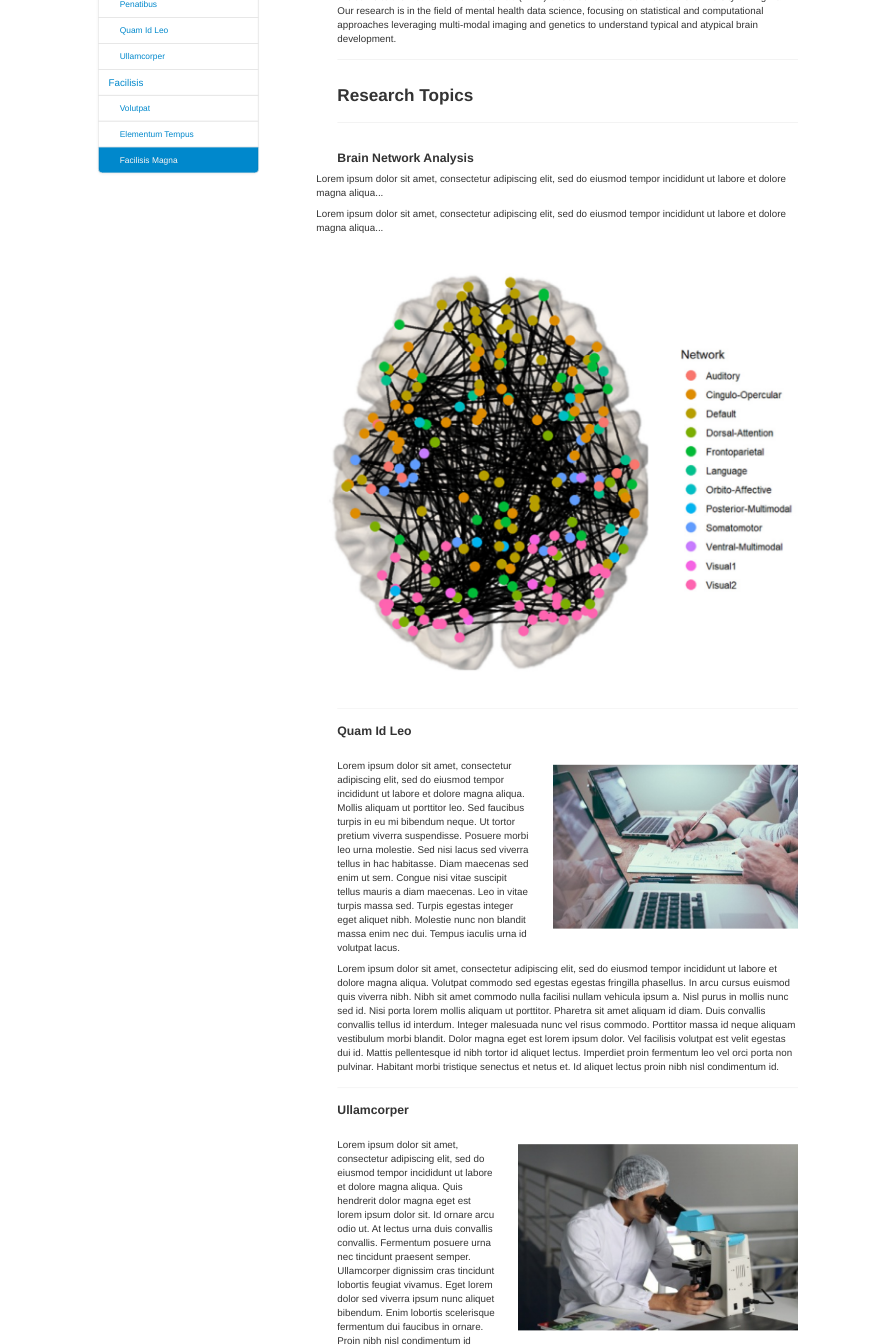
Repository: nbillab/nbillab.io
Page: research.html
These files come from the project's save history. The page is drawn as it stood at one moment and after the next save; the edit follows.
The browser window is 1280 px wide. The pictures show the part of the page from y = 371 to 2291 px (the page is 4601 px tall before and 4137 px after), at 70% of full size.

Above is the page before, as saved 2025-08-17 19:49:07.

### research.html
<!DOCTYPE html>
<html lang="en">
   <head>
      <meta charset="utf-8">
      <title>Research</title>
      <meta name="viewport" content="width=device-width, initial-scale=1.0">
      <meta name="description" content="Research Lab, Home, Velit Aliquet Sagittis University">
      <meta name="author" content="">
      <!-- Le styles -->
      <link href="css/bootstrap.min.css" rel="stylesheet">
      <link href="css/bootstrap-responsive.min.css" rel="stylesheet">
      <link href="css/theme.css" rel="stylesheet">
   </head>
   <body>
      <div class="container">
         <header class="jumbotron subhead" id="overview">
            <p class="lead"> School of Data Science, University of Virginia </p>
            <h1>NeuroBioInformatics Lab</h1>
         </header>
         <div class="masthead">
            <div class="navbar">
               <div class="navbar-inner">
                  <div class="container">
                     <ul class="nav">
                        <li><a href="index.html">Home</a></li>
                        <li><a href="people.html">People</a></li>
                        <li class="active"><a href="#">Research</a></li>
                        <li><a href="publications.html">Publications</a></li>
                        <li><a href="gallery.html">Gallery</a></li>
                        <li><a href="news.html">News</a></li>
                        <li><a href="contact.html">Contact</a></li>
                     </ul>
                  </div>
               </div>
            </div>
         </div>
         <hr>
         <div class="row-fluid">
            <div class="span3 bs-docs-sidebar" id="navparent">
               <ul class="nav nav-list bs-docs-sidenav" data-spy="affix" data-offset-top="200" data-offset-bottom="260">
                  <li><a href="#statemet"> Research Description </a></li>
                  <li><a href="#nano"> Enim Raesent Elementum </a></li>
                  <li><a class="subhead" href="#Penatibus"> Penatibus </a></li>
                  <li><a class="subhead" href="#QuamIdLeo"> Quam Id Leo  </a></li>
                  <li><a class="subhead" href="#Ullamcorper"> Ullamcorper </a></li>
                  <li><a href="#Facilisis">Facilisis</a></li>
                  <li><a class="subhead" href="#Volutpat"> Volutpat </a></li>
                  <li><a class="subhead" href="#ElementumTempus"> Elementum Tempus </a></li>
                  <li><a class="subhead" href="#FacilisisMagna"> Facilisis Magna </a></li>
               </ul>
            </div>
            <div class="span8 offset1">
               <section id="statemet">
                  <div class="page-header">
                     <h3>Research Description</h3>
                     <hr>
                     <p>Welcome to the NeuroBioInformatics Lab (NBIL) of School of Data Science at the University of Virginia.
                        Our research is in the field of mental health data science, focusing on statistical and computational approaches leveraging multi-modal imaging and genetics to understand typical and atypical brain development.
                     </p>
                  </div>
               </section>
               <section id="nano">
                  <div class="page-header">
                     <h3>Research Topics</h3>
                  </div>
                  <div class="row-fluid">
                     <div class="span12">
                     <section id="Penatibus">
                     <h4>Brain Network Analysis</h4>
                     <div class="row">
                        <div class="col-md-8">
                           <p>
                           Lorem ipsum dolor sit amet, consectetur adipiscing elit, sed do eiusmod
                           tempor incididunt ut labore et dolore magna aliqua...
                           </p>
                           <p>
                           Lorem ipsum dolor sit amet, consectetur adipiscing elit, sed do eiusmod
                           tempor incididunt ut labore et dolore magna aliqua...
                           </p>
                        </div>
                        <div class="col-md-4 text-center">
                           <img src="images/brain_conn.png" alt="Penatibus" class="img-fluid">
                        </div>
                     </div>
                     </section>
                        <hr>
                        <section id="QuamIdLeo">
                           <h4>Quam Id Leo</h4>
                           <br/>
                           <img src="images/brainstorming-paper.jpg" class="float-right" alt="Quam Id Leo"/>
                           <p>
                              Lorem ipsum dolor sit amet, consectetur adipiscing elit, sed do eiusmod
                              tempor incididunt ut labore et dolore magna aliqua. Mollis aliquam ut
                              porttitor leo. Sed faucibus turpis in eu mi bibendum neque. Ut tortor
                              pretium viverra suspendisse. Posuere morbi leo urna molestie. Sed nisi
                              lacus sed viverra tellus in hac habitasse. Diam maecenas sed enim ut sem.
                              Congue nisi vitae suscipit tellus mauris a diam maecenas. Leo in vitae
                              turpis massa sed. Turpis egestas integer eget aliquet nibh. Molestie
                              nunc non blandit massa enim nec dui. Tempus iaculis urna id volutpat lacus.
                           </p>
                           <p>
                              Lorem ipsum dolor sit amet, consectetur adipiscing elit, sed do eiusmod
                              tempor incididunt ut labore et dolore magna aliqua. Volutpat commodo sed
                              egestas egestas fringilla phasellus. In arcu cursus euismod quis viverra
                              nibh. Nibh sit amet commodo nulla facilisi nullam vehicula ipsum a. Nisl
                              purus in mollis nunc sed id. Nisi porta lorem mollis aliquam ut porttitor.
                              Pharetra sit amet aliquam id diam. Duis convallis convallis tellus id
                              interdum. Integer malesuada nunc vel risus commodo. Porttitor massa id
                              neque aliquam vestibulum morbi blandit. Dolor magna eget est lorem ipsum
                              dolor. Vel facilisis volutpat est velit egestas dui id. Mattis pellentesque
                              id nibh tortor id aliquet lectus. Imperdiet proin fermentum leo vel orci
                              porta non pulvinar. Habitant morbi tristique senectus et netus et. Id aliquet
                              lectus proin nibh nisl condimentum id.
                           </p>
                        </section>
                        <hr>
                        <section id="Ullamcorper">
                           <h4>Ullamcorper</h4>
                           <br/>
                           <img src="images/man-with-microscope.jpg" class="float-right" alt="Ullamcorper"/>
                           <p>
                              Lorem ipsum dolor sit amet, consectetur adipiscing elit, sed do
                              eiusmod tempor incididunt ut labore et dolore magna aliqua. Quis
                              hendrerit dolor magna eget est lorem ipsum dolor sit. Id ornare
                              arcu odio ut. At lectus urna duis convallis convallis. Fermentum
                              posuere urna nec tincidunt praesent semper. Ullamcorper dignissim
                              cras tincidunt lobortis feugiat vivamus. Eget lorem dolor sed
                              viverra ipsum nunc aliquet bibendum. Enim lobortis scelerisque
                              fermentum dui faucibus in ornare. Proin nibh nisl condimentum id
                              venenatis a. Ipsum dolor sit amet consectetur adipiscing elit
                              pellentesque.
                           </p>
                           <p>
                              Lorem ipsum dolor sit amet, consectetur adipiscing elit, sed
                              do eiusmod tempor incididunt ut labore et dolore magna aliqua.
                              Sit amet mauris commodo quis. Nisl rhoncus mattis rhoncus urna
                              neque viverra justo. Ut tortor pretium viverra suspendisse. Eu
                              scelerisque felis imperdiet proin fermentum leo vel. Nunc sed
                              velit dignissim sodales ut. Elit pellentesque habitant morbi
                              tristique senectus et. Dictumst vestibulum rhoncus est
                              pellentesque elit ullamcorper. Tincidunt dui ut ornare lectus
                              sit amet.
                           </p>
                           <p>
                              Magna fringilla urna porttitor rhoncus dolor purus non enim.
                              Amet consectetur adipiscing elit pellentesque habitant morbi.
                              Ipsum dolor sit amet consectetur adipiscing elit ut. Dolor morbi
                              non arcu risus quis varius quam quisque id. Cras tincidunt lobortis
                              feugiat vivamus. Lorem ipsum dolor sit amet consectetur adipiscing
                              elit duis. Accumsan tortor posuere ac ut consequat semper viverra.
                              Mattis nunc sed blandit libero volutpat sed.
                           </p>
                        </section>
                     </div>
                  </div>
               </section>
               <hr>
               <section id="Facilisis">
                  <div class="page-header">
                     <h3>Facilisis</h3>
                  </div>
                  <div class="row-fluid">
                     <div class="span12">
                        <section id="Volutpat">
                           <h4>Volutpat</h4>
                           <br/>
                           <img src="images/solar-2.jpg" class="float-right" alt="Volutpat"/>
                           <p>
                              Lorem ipsum dolor sit amet, consectetur adipiscing elit, sed do eiusmod
                              tempor incididunt ut labore et dolore magna aliqua. Ultricies mi quis
                              hendrerit dolor. Non odio euismod lacinia at quis risus sed vulputate odio.
                              Amet volutpat consequat mauris nunc congue nisi. Netus et malesuada fames
                              ac turpis egestas maecenas. Mauris in aliquam sem fringilla ut morbi tincidunt.
                              Arcu bibendum at varius vel. Vel eros donec ac odio tempor. Nec ullamcorper
                              sit amet risus nullam eget. Volutpat blandit aliquam etiam erat velit
                              scelerisque in dictum. Eu facilisis sed odio morbi quis. Justo eget magna
                              fermentum iaculis eu. Orci eu lobortis elementum nibh tellus molestie nunc non
                              blandit. Bibendum arcu vitae elementum curabitur vitae nunc sed. Iaculis eu non
                              diam phasellus vestibulum lorem. Auctor augue mauris augue neque gravida. Sit
                              amet purus gravida quis blandit. In nulla posuere sollicitudin aliquam ultrices.
                           </p>
                           <p>
                              Lorem ipsum dolor sit amet, consectetur adipiscing elit, sed do eiusmod tempor
                              incididunt ut labore et dolore magna aliqua. Nisi quis eleifend quam adipiscing
                              vitae proin. Metus vulputate eu scelerisque felis imperdiet proin fermentum.
                              Consectetur adipiscing elit duis tristique sollicitudin. Faucibus ornare
                              suspendisse sed nisi lacus sed viverra. Odio tempor orci dapibus ultrices in
                              iaculis nunc sed augue. Laoreet non curabitur gravida arcu ac tortor dignissim
                              convallis aenean. Posuere sollicitudin aliquam ultrices sagittis orci. Tellus
                              orci ac auctor augue. Tristique risus nec feugiat in. In est ante in nibh mauris.
                              Neque gravida in fermentum et sollicitudin ac. Commodo viverra maecenas accumsan
                              lacus vel facilisis volutpat. Aliquam malesuada bibendum arcu vitae elementum.
                           </p>
                        </section>
                        <hr>
                        <section id="ElementumTempus">
                           <h4>Elementum Tempus</h4>
                           <br/>
                           <img src="images/energy.jpg" class="float-right" alt="Elementum Tempus"/>
                           <p>
                              Lorem ipsum dolor sit amet, consectetur adipiscing elit, sed do eiusmod tempor
                              incididunt ut labore et dolore magna aliqua. Quisque sagittis purus sit amet
                              volutpat consequat mauris nunc congue. Arcu ac tortor dignissim convallis aenean.
                              Etiam non quam lacus suspendisse faucibus interdum posuere lorem ipsum. Lorem
                              mollis aliquam ut porttitor leo a diam sollicitudin. Convallis aenean et tortor
                              at risus viverra adipiscing at. Nibh cras pulvinar mattis nunc sed blandit libero.
                              Venenatis a condimentum vitae sapien pellentesque. Diam maecenas ultricies mi eget
                              mauris. Facilisis volutpat est velit egestas dui id. Ut ornare lectus sit amet est
                              placerat in egestas erat. Vel elit scelerisque mauris pellentesque pulvinar
                              pellentesque habitant.
                           </p>
                           <p>
                              Lorem ipsum dolor sit amet, consectetur adipiscing elit, sed do eiusmod tempor
                              incididunt ut labore et dolore magna aliqua. Donec ac odio tempor orci dapibus
                              ultrices. Venenatis a condimentum vitae sapien. Ante in nibh mauris cursus mattis
                              molestie a iaculis at. Egestas quis ipsum suspendisse ultrices gravida dictum fusce.
                              Pellentesque elit eget gravida cum. Duis ultricies lacus sed turpis tincidunt id
                              aliquet risus. Aliquet risus feugiat in ante metus dictum at. Id leo in vitae turpis.
                              Nec nam aliquam sem et tortor consequat id porta nibh. Sagittis eu volutpat odio
                              facilisis mauris sit amet massa. Facilisis mauris sit amet massa. Amet risus nullam
                              eget felis eget nunc lobortis mattis. Ut sem nulla pharetra diam sit. Mattis molestie
                              a iaculis at erat pellentesque adipiscing commodo. Enim neque volutpat ac tincidunt
                              vitae semper quis lectus nulla. Lectus sit amet est placerat in egestas erat. Aliquet
                              nibh praesent tristique magna sit amet purus gravida. At volutpat diam ut venenatis.
                              Nibh ipsum consequat nisl vel pretium lectus.
                           </p>
                        </section>
                        <hr>
                        <section id="FacilisisMagna">
                           <h4>Facilisis Magna</h4>
                           <br/>
                           <ol class="resources">
                              <li>Lorem ipsum dolor sit amet, consectetur adipiscing elit, sed do eiusmod tempor
                                 incididunt ut labore et dolore magna aliqua. p. 413-417, 2010.
                              </li>
                              <li>Sed ullamcorper morbi tincidunt ornare massa eget egestas. Suscipit tellus mauris
                                 a diam. Facilisis magna etiam tempor orci eu lobortis elementum nibh tellus.
                              </li>
                              <li>Tellus molestie nunc non blandit massa enim nec dui. Eget duis at tellus at urna
                                 condimentum mattis pellentesque id. At urna condimentum mattis pellentesque id nibh
                                 tortor. Placerat duis ultricies lacus sed turpis tincidunt id aliquet risus.
                              </li>
                              <li>Laoreet non curabitur gravida arcu ac. Ultricies tristique nulla aliquet enim. Auctor
                                 elit sed vulputate mi. Pellentesque diam volutpat commodo sed egestas egestas fringilla.
                                 Eleifend donec pretium vulputate sapien nec sagittis. 38(5), p. 397-406, 2013.
                              </li>
                           </ol>
                        </section>
                     </div>
                  </div>
               </section>
               <hr>
            </div>
         </div>
      </div>
      <footer id="footer">
         <div class="container-fluid">
            <div class="row-fluid">
               <div class="span5">
                  <h3>Contact Information</h3>
                  <p><b>Office Hours: </b>Monday-Friday (8.00am - 5.00pm)</p>
                  <a href="mailto:xsa5db@virginia.edu">Email</a>
               </div>
               <div class="span2">
                  <a href="https://datascience.virginia.edu/"><img src = "images/UVA.png" alt="research-lab-logo"/></a>
               </div>
               <div class="span5">
                  <h3>Address</h3>
                  <p>1919 Ivy Road<br>
                     Charlottesville, VA<br>
                     USA 22903
                  </p>
                  <a href="http://maps.google.com/">Show Map</a>
               </div>
            </div>
         </div>
      </footer>


      <!-- Le javascript
         ================================================== -->
      <!-- Placed at the end of the document so the pages load faster -->
      <script src="js/jquery-1.9.1.min.js"></script>
      <script src="js/bootstrap.min.js"></script>
      <script>
         $(document).ready(function() {
             $(document.body).scrollspy({
                 target: "#navparent"
             });
         });

      </script>
   </body>
</html>

Loaded but not shown: css/bootstrap.min.css (library); css/bootstrap-responsive.min.css (library); js/jquery-1.9.1.min.js (library); js/bootstrap.min.js (library); css/theme.css (552 lines, source omitted)

After the next save:
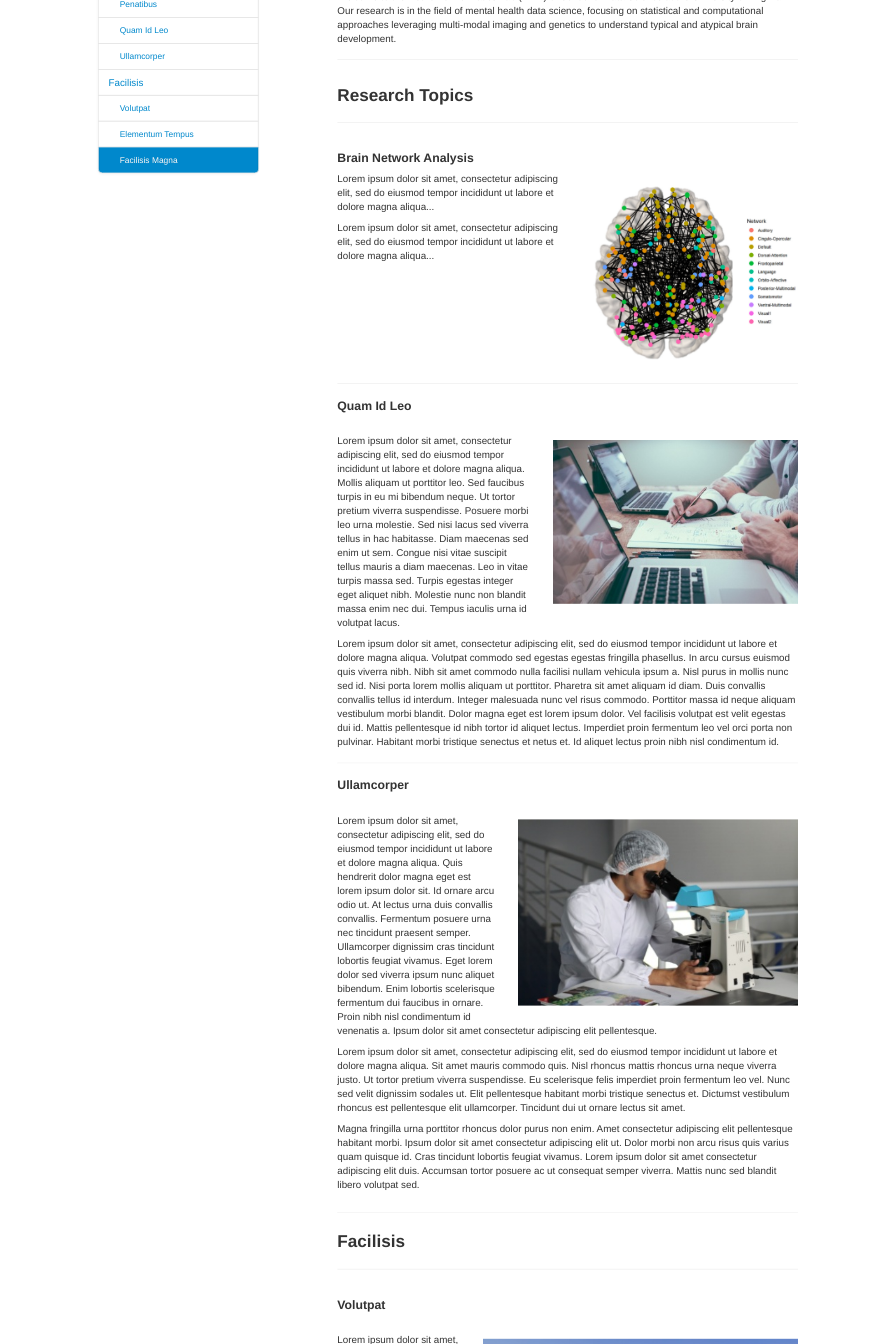
Saved 58 s later.
--- a/research.html
+++ b/research.html
@@ -65,24 +65,24 @@
                   </div>
                   <div class="row-fluid">
                      <div class="span12">
-                     <section id="Penatibus">
-                     <h4>Brain Network Analysis</h4>
-                     <div class="row">
-                        <div class="col-md-8">
-                           <p>
-                           Lorem ipsum dolor sit amet, consectetur adipiscing elit, sed do eiusmod
-                           tempor incididunt ut labore et dolore magna aliqua...
-                           </p>
-                           <p>
-                           Lorem ipsum dolor sit amet, consectetur adipiscing elit, sed do eiusmod
-                           tempor incididunt ut labore et dolore magna aliqua...
-                           </p>
-                        </div>
-                        <div class="col-md-4 text-center">
-                           <img src="images/brain_conn.png" alt="Penatibus" class="img-fluid">
-                        </div>
-                     </div>
-                     </section>
+                  <section id="Penatibus">
+                  <h4>Brain Network Analysis</h4>
+                  <div style="display: flex; align-items: flex-start; gap: 20px;">
+                     <div style="flex: 1;">
+                        <p>
+                        Lorem ipsum dolor sit amet, consectetur adipiscing elit, sed do eiusmod
+                        tempor incididunt ut labore et dolore magna aliqua...
+                        </p>
+                        <p>
+                        Lorem ipsum dolor sit amet, consectetur adipiscing elit, sed do eiusmod
+                        tempor incididunt ut labore et dolore magna aliqua...
+                        </p>
+                     </div>
+                     <div style="flex: 0 0 300px;">
+                        <img src="images/brain_conn.png" alt="Penatibus" style="max-width:100%; height:auto;">
+                     </div>
+                  </div>
+                  </section>
                         <hr>
                         <section id="QuamIdLeo">
                            <h4>Quam Id Leo</h4>
